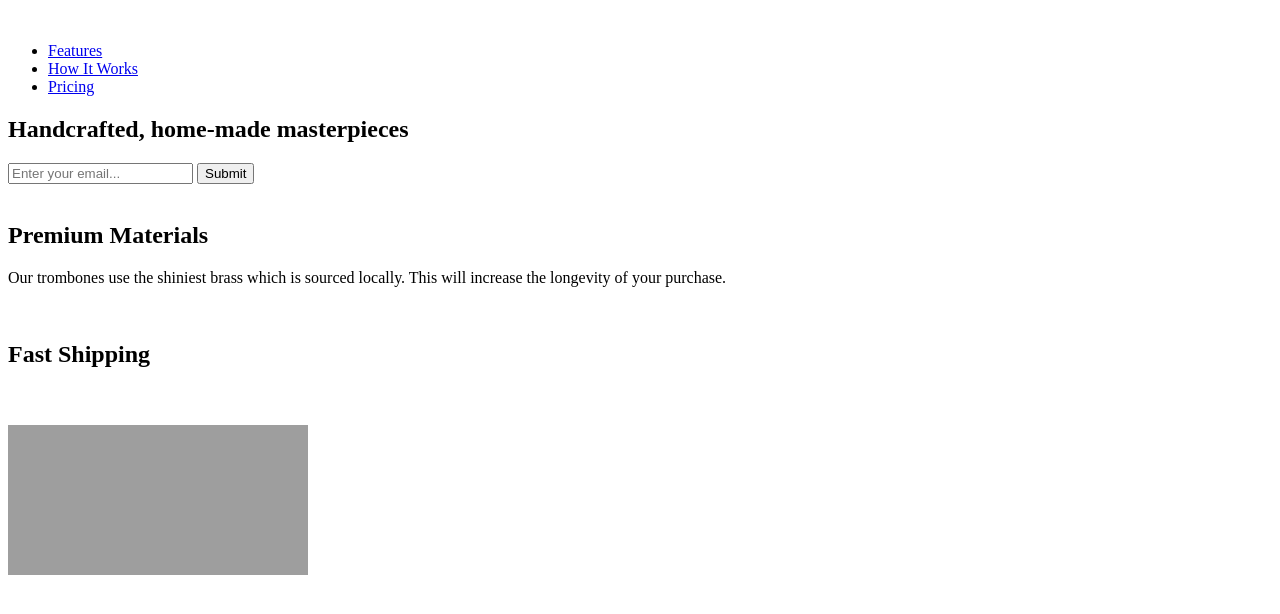
Repository: Lungdjos/product_landing_page_certification
Page: index.html
An editor plug-in stored every save of this project. The page is shown before and after a run of saves, followed by the edit.
The browser window is 1280 px wide. The pictures show the whole page.
Pictures or frames that could not be fetched are drawn as grey boxes.

Above is the page before, as saved 2023-12-17 23:42:07.

### index.html
<!DOCTYPE html>
<html lang="en">

<head>
    <meta charset="UTF-8">
    <meta name="viewport" content="width=device-width, initial-scale=1.0">
    <title>Product Landing Page</title>
    <link rel="stylesheet" href="./styles.css">
</head>

<body>
    <header id="header">
        <img src="" alt="" id="header-img">
        <nav id="nav-bar">
            <ul>
                <li>
                    <a href="#features" class="nav-link">Features</a>
                </li>
                <li>
                    <a href="#how-it-works" class="nav-link">How It Works</a>
                </li>
                <li>
                    <a href="#pricing" class="nav-link">Pricing</a>
                </li>
            </ul>
        </nav>
    </header>
    <main>
        <section id="home">
            <h2 id="title">Handcrafted, home-made masterpieces</h2>
            <form action="https://www.freecodecamp.com/email-submit" id="form">
                <input type="email" id="email" name="email" placeholder="Enter your email...">
                <input type="submit" id="submit">
            </form>
        </section>
        <section id="features">
            <div class="first-feature">
                <img src="" alt="" class="ft-img">
                <h2 class="ft-heading">Premium Materials</h2>
                <p class="ft-paragraph">Our trombones use the shiniest brass which is sourced locally. This will increase the longevity of your purchase.</p>
            </div>
            <div class="second-feature">
                <img src="" alt="" class="ft-img">
                <h2 class="ft-heading">Fast Shipping</h2>
                <p class="ft-paragraph"></p>
            </div>
            <div class="third-feature">
                <img src="" alt="" class="ft-img">
                <h2 class="ft-heading"></h2>
                <p class="ft-paragraph"></p>
            </div>

        </section>
        <section id="how-it-works">
            <iframe src="https://www.youtube.com/watch?v=Ngyygp2oSRk" title="miraclous healing" frameborder="0" id="video"></iframe>
        </section>
        <section id="pricing"></section>
    </main>
</body>

</html>

</html>

</html>

### styles.css
/* Page Stylings */

* {
    box-sizing: border-box;
}

body {
    font
}

After the next 4 saves:
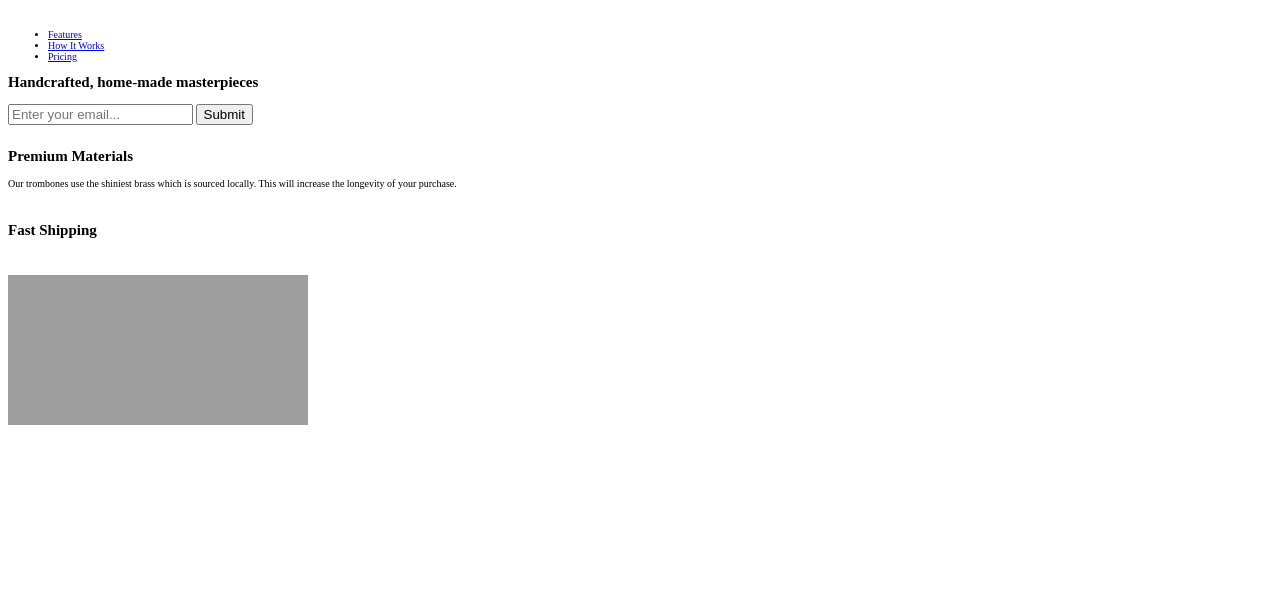
The 4 saves are shown as one change because they came seconds apart.
The last was saved 13 s later.
--- a/styles.css
+++ b/styles.css
@@ -5,5 +5,5 @@
 }
 
 body {
-    font
+    font-size: 62.5%;
 }
